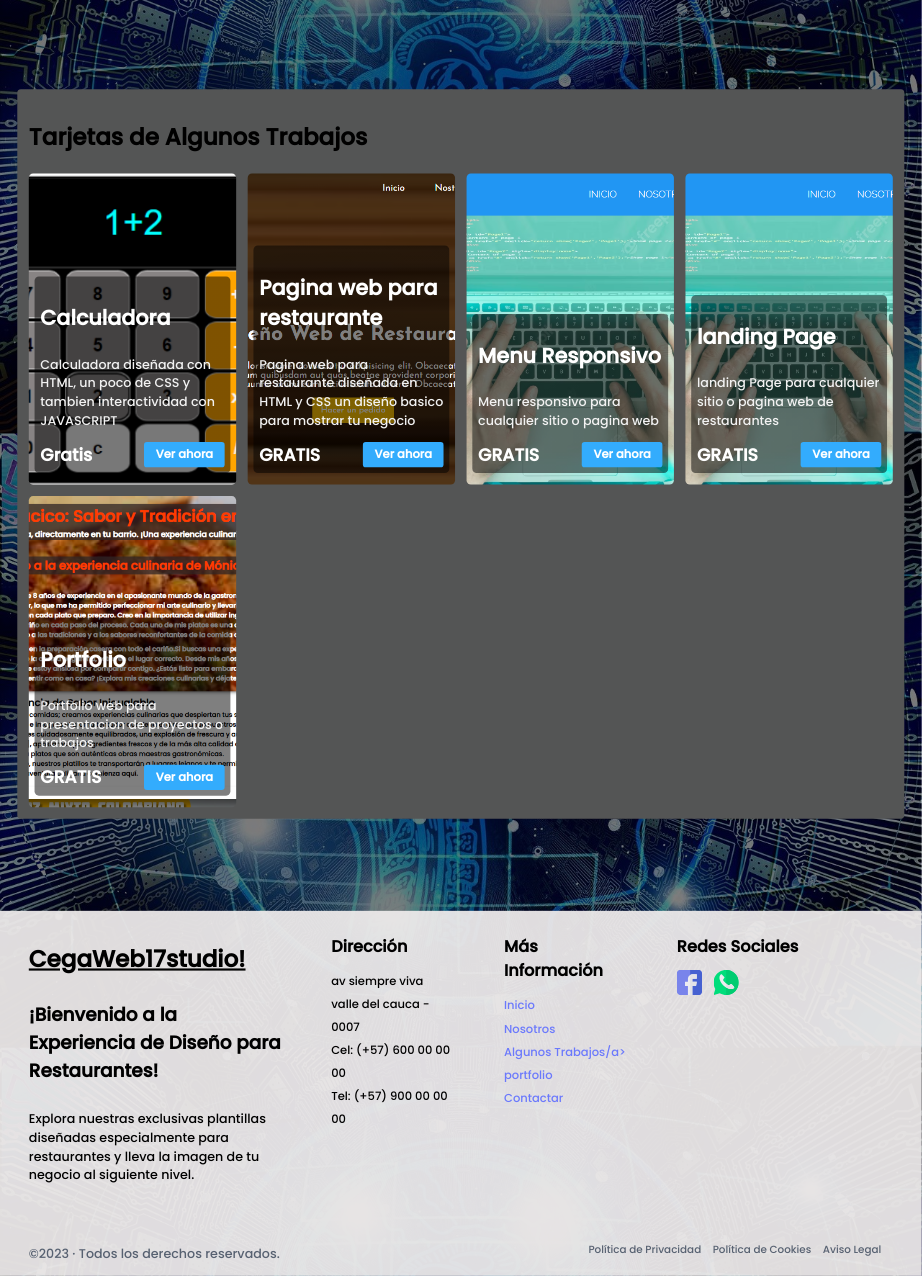
Repository: cega17/pagina-CegaWeb
Page: index.html
These files come from the project's save history. The page is drawn as it stood at one moment and after the next save; the edit follows.
The browser window is 1280 px wide. The pictures show the part of the page from y = 1957 to 3729 px (the page is 3729 px tall), at 72% of full size.
A picture or video elsewhere on the page could not be fetched, so the positions and the page height are approximate. Some web fonts or font styles are not loaded; a fallback is used.

Above is the page before, as saved 2023-10-06 21:21:03.

After the next save:
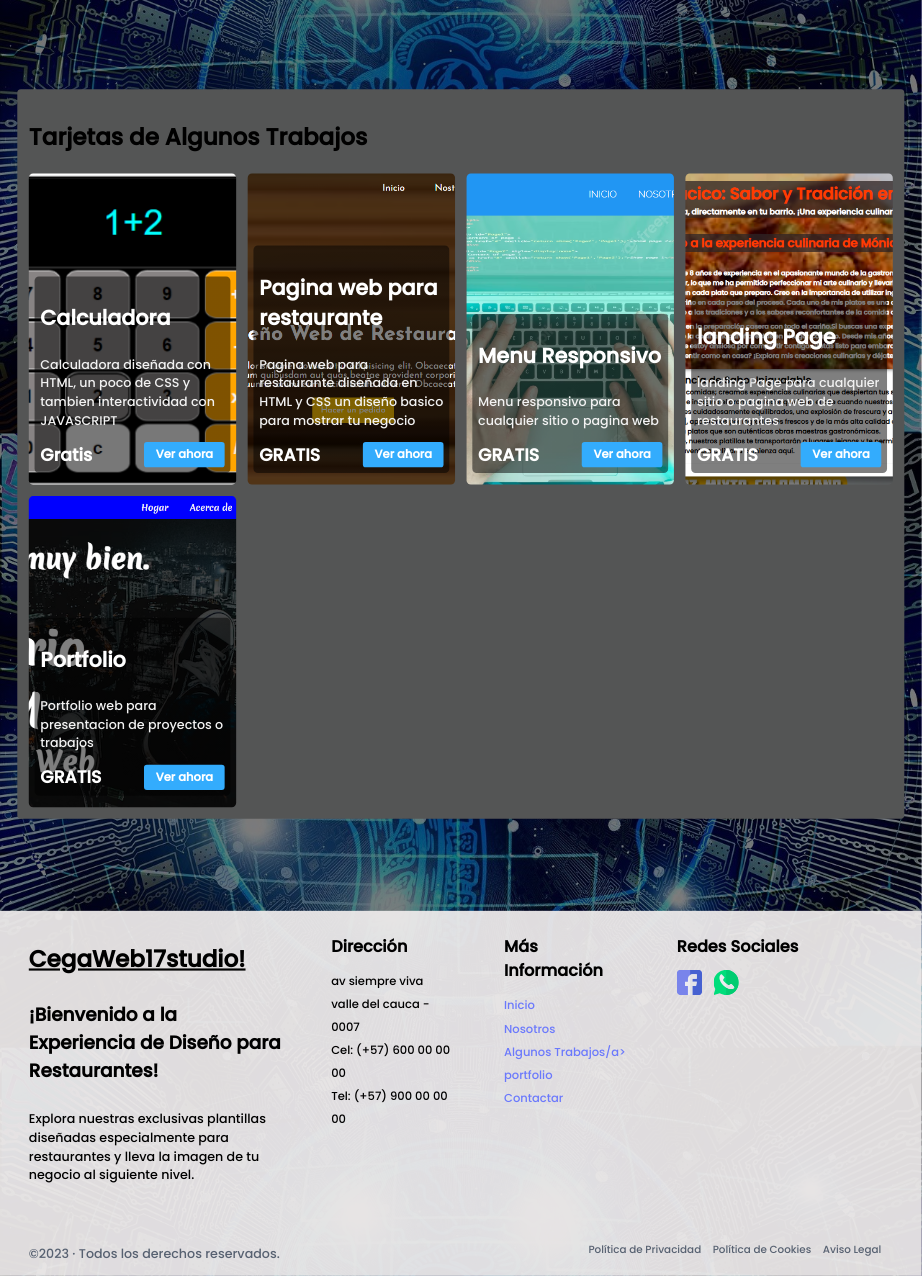
Saved 84 s later.
--- a/index.html
+++ b/index.html
@@ -174,7 +174,7 @@
               </div>
             </div>
           </div>
-          <div style="background:url(imgs/captura_menu_responsive.png)center;background-size: cover;" class="tarjeta-rest">
+          <div style="background:url(imgs/captura-trifasico.png)center;background-size: cover;" class="tarjeta-rest">
             <div class="wrap-text_tarjeta-rest">
               <h3>landing Page</h3>
               <p>landing Page para cualquier sitio o pagina web de restaurantes</p>
@@ -188,7 +188,7 @@
               </div>
             </div>
           </div>
-          <div style="background:url(imgs/captura-trifasico.png)center;background-size: cover;" class="tarjeta-rest">
+          <div style="background:url(imgs/captura-portfolio.png)center;background-size: cover;" class="tarjeta-rest">
             <div class="wrap-text_tarjeta-rest">
               <h3>Portfolio</h3>
               <p>Portfolio web para presentacion de proyectos o trabajos</p>
